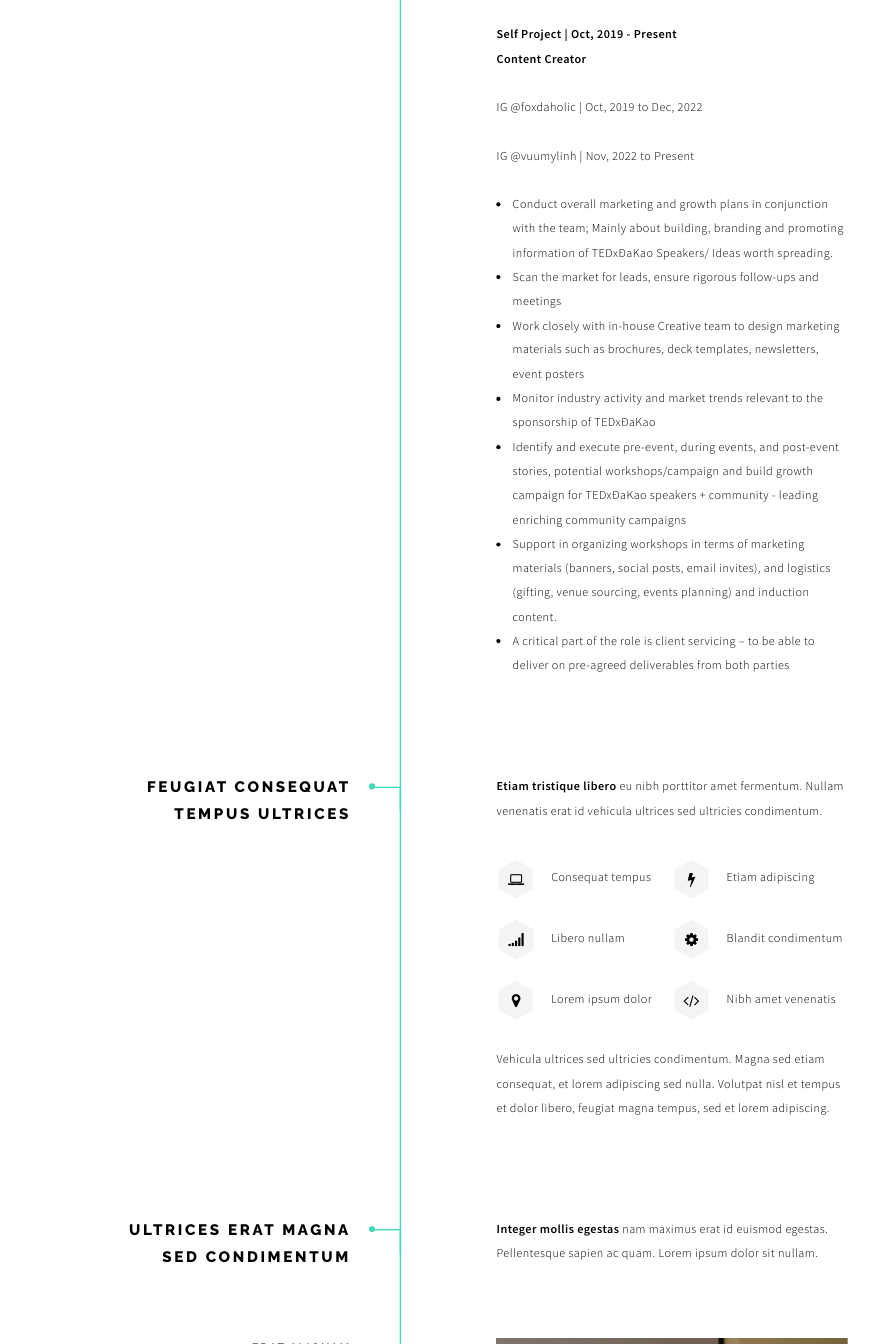
Repository: leonardin999/linh-porfolios
Page: index.html
These files come from the project's save history. The page is drawn as it stood at one moment and after the next save; the edit follows.
The browser window is 1280 px wide. The pictures show the part of the page from y = 2317 to 4237 px (the page is 8363 px tall before and 8329 px after), at 70% of full size.

Above is the page before, as saved 2023-01-22 22:01:39.

After the next save:
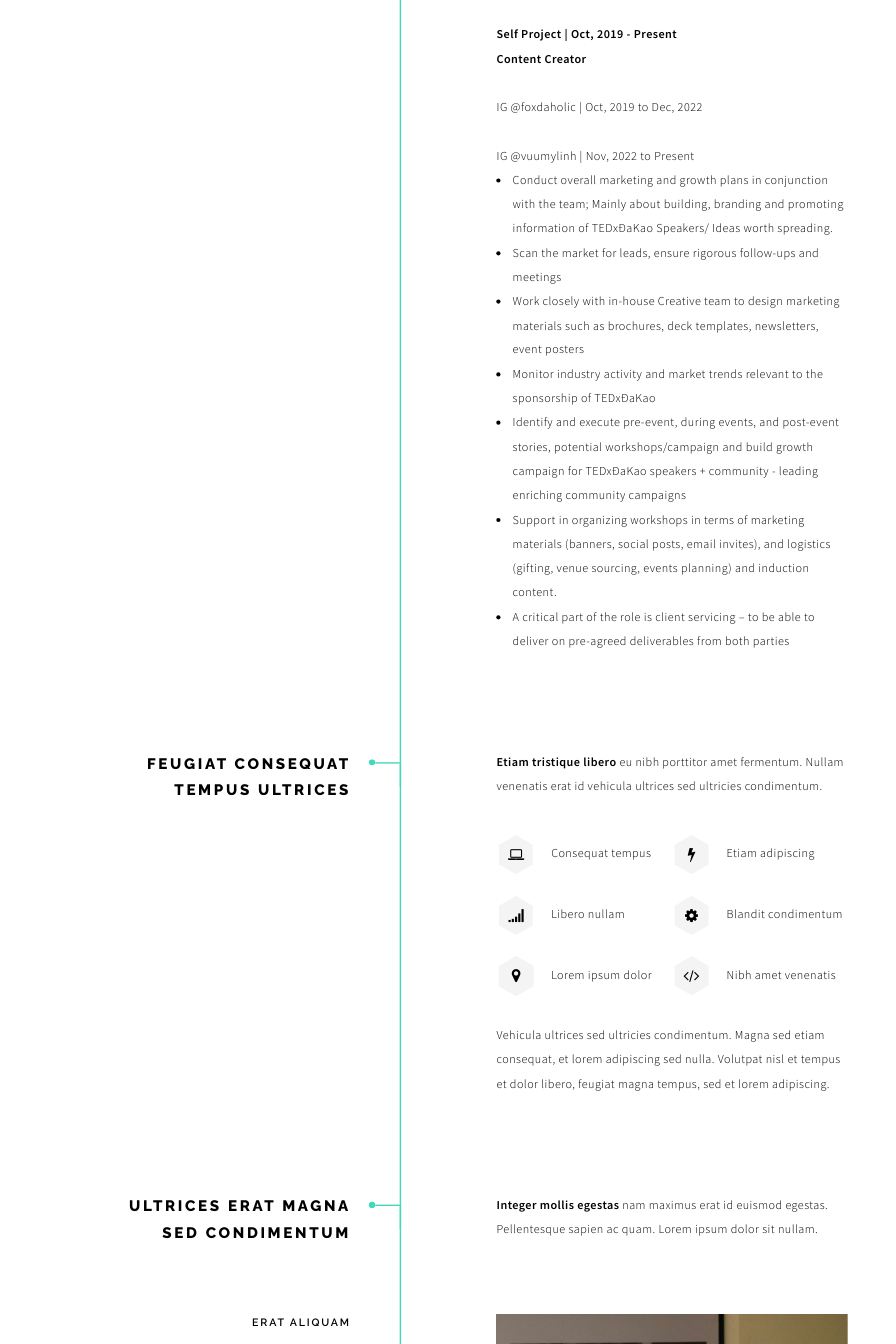
Saved 44 s later.
--- a/index.html
+++ b/index.html
@@ -75,10 +75,8 @@
 
             <strong>Self Project | Oct, 2019 - Present</strong>
             <br><strong>Content Creator</strong></br>
-            <p>
             <br>IG @foxdaholic | Oct, 2019 to Dec, 2022</br>
             <br>IG @vuumylinh  | Nov, 2022 to Present</br>
-            </p>
             <ul class="">
               <li class="">Conduct overall marketing and growth plans in conjunction with the team; Mainly about building, branding and promoting information of TEDxĐaKao Speakers/ Ideas worth spreading.</li>
               <li class="">Scan the market for leads, ensure rigorous follow-ups and meetings</li>
